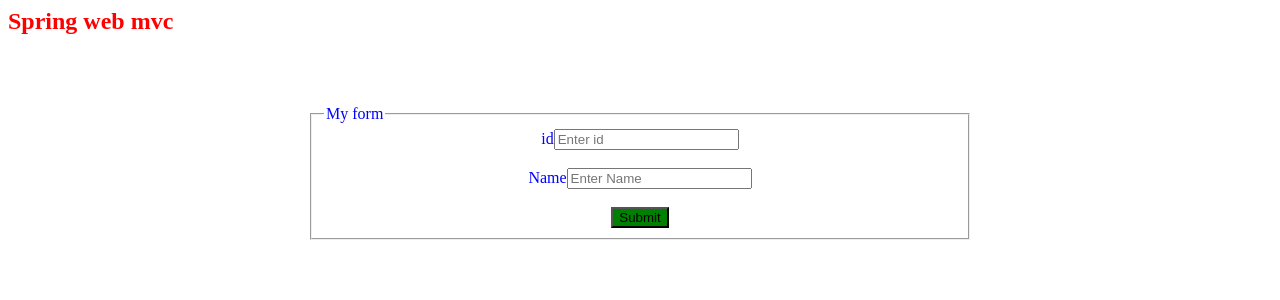
Repository: NaveenPriya1/Sts-full-new-laptop
Page: http://localhost/springwebmvc/
The author's editor kept a copy of each file at every save. The page is drawn from the files as they stood at one save, then again after the next save.
The browser window is 1280 px wide. The pictures show the whole page.
The page is served by Tomcat 9. Other server files are loaded and not shown.

Above is the page before, as saved 2022-07-28 14:03:06.

### springwebmvc/src/main/webapp/index.jsp
<html>
<head>
<style type="text/css">
#submit{background-color: green
}

</style>
</head>
<body>
<h2 style=color:red>Spring web mvc</h2>

<div style=color:blue;margin-left:300px;margin-right:300px;margin-top:70px>
<form action="first">
<fieldset style=margin-lef:50px>
<legend >My form</legend>
<div style=text-align:center>
id<input type="text" name="id" placeholder="Enter id"><br><br>
Name<input type="text" name="name" placeholder="Enter Name"><br><br>
<input type="submit" id="submit">
</div>

</fieldset>




</form>
</div>
</body>
</html>

After the next save:
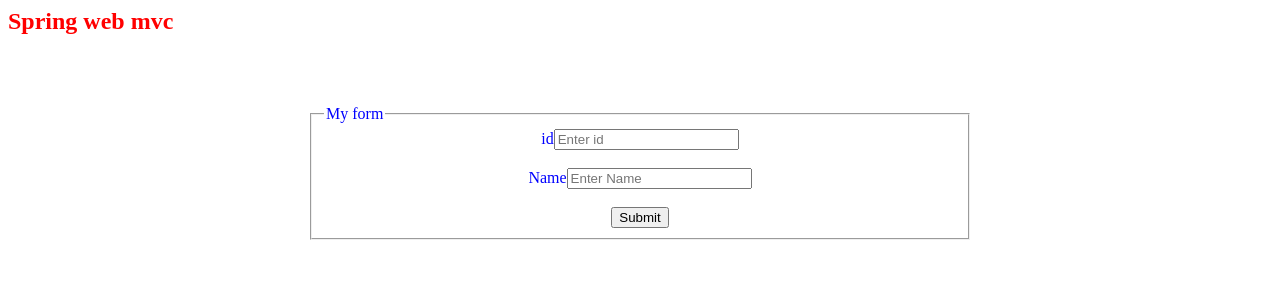
Saved 23 s later.
--- a/springwebmvc/src/main/webapp/index.jsp
+++ b/springwebmvc/src/main/webapp/index.jsp
@@ -1,7 +1,7 @@
 <html>
 <head>
 <style type="text/css">
-#submit{background-color: green
+#submit{background-color: light green
 }
 
 </style>
